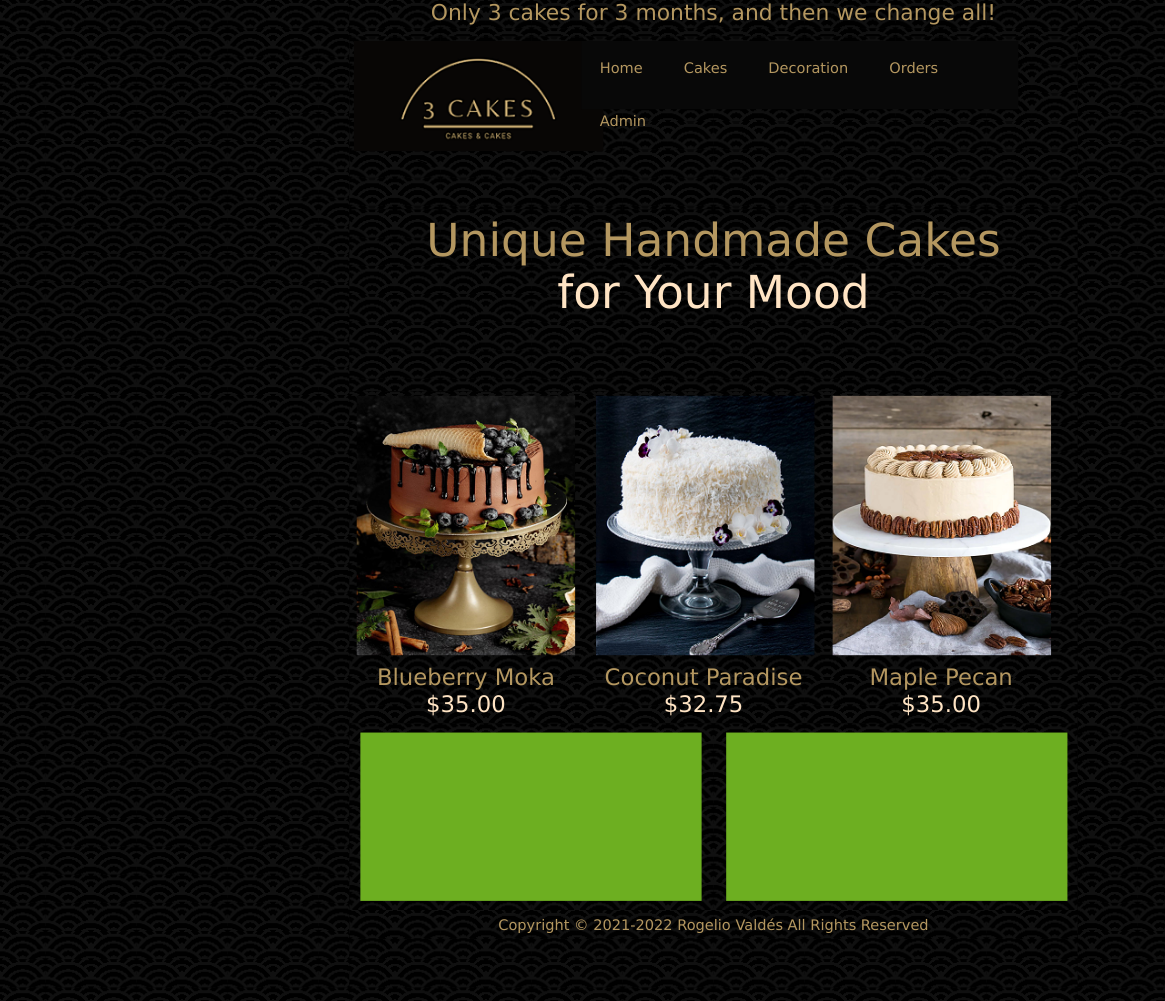
Repository: roge64/htmlfrontend
Page: index.html
The author's editor kept a copy of each file at every save. The page is drawn from the files as they stood at one save, then again after a run of saves.
The browser window is 1280 px wide. The pictures show the whole page, at 91% of full size.

Above is the page before, as saved 2022-03-03 21:17:29.

### index.html
<!DOCTYPE html>
<html lang="en">
<head>
    <meta charset="UTF-8">
    <meta http-equiv="X-UA-Compatible" content="IE=edge">
    <meta name="viewport" content="width=device-width, initial-scale=1.0">
    <title>3 Cakes</title>
    <link rel="stylesheet" href="estilos/estilos.css">
</head>

<section>

    <section id="container">

        <header>
            <p style="color:#b49760"> Only 3 cakes for 3 months, and then we change all! </p>
            <!-- <h1> <a href="index.html"><img src="/img/logob.png" alt="logo.png"></a> </h1> -->
        </header>

        <section id="banner">

            <!-- <h1> <a href="index.html"><img src="/img/logob.png" alt="logo.png"></a> </h1> -->
            <!-- <article> <a href="index.html"><img src="/img/logob.png" alt="logo.png"></a> </article> -->

            <article id="banner1"  <a href="index.html"> <img src="/img/logob.png"  alt="logo.png"></a>></article>
            <article id="banner2">
                <ul class="menu">

                <li><a href="#home"></a>Home</li>
                <li><a href="#cakes"></a>Cakes</li>
                <li><a href="#decor"></a>Decoration</li>
                <li><a href="#order"></a>Orders</li>
                <li><a href="#admin"></a>Admin</li>
            </ul></article>

        </section>

        <section id="noticias">

            <article id="news1">
                <p style="color:#b49760"> Unique Handmade Cakes</p>
                <p style="color: bisque"> for Your Mood</p>
            </article>


        </section>

        <section id="tienda">
            <article id="cake1"> <img src="/img/cake1.png"  alt="logo.png"></article>
            <article id="cake2"> <img src="/img/cake2.png"  alt="logo.png"></article>
            <article id="cake3"> <img src="/img/cake3.png"  alt="logo.png"></article>
        </section>


        <section id="names">
            <article id="name1">
                <p style="color:#b49760"> Blueberry Moka</p>
                <p style="color: bisque"> $35.00</p>
            </article>
            <article id="name2">
                <p style="color:#b49760"> Coconut Paradise</p>
                <p style="color: bisque"> $32.75</p>
            </article>
            <article id="name3">
                <p style="color:#b49760"> Maple Pecan</p>
                <p style="color: bisque"> $35.00</p>
            </article>
        </section>


        <section id="marcas">
            <article id="mark1"></article>
            <article id="mark2"></article>
        </section>

        <footer>
            <p style="color:#b49760"> Copyright &copy; 2021-<script>document.write(new Date().getFullYear())</script> Rogelio Valdés All Rights Reserved</p>
            <article id="footer1"></article>
        </footer>

    </section>

</body>

</html>

### estilos/estilos.css
*{
    border: 0 ;
    margin: 0 ;
    padding: 0;
}

body{
    font-family: Geneva;
    background-color: rgb(0, 0, 0);
    width:40%;
    margin-left:auto;
    margin-right:auto;

    background-color:black;
background-image:
radial-gradient(circle at 100% 150%, black 24%, #101010 24%, #101010 28%, black 28%, black 36%, #101010 36%, #101010 40%, transparent 40%, transparent),
radial-gradient(circle at 0    150%, black 24%, #101010 24%, #101010 28%, black 28%, black 35%, #101010 36%, #101010 40%, transparent 40%, transparent),
radial-gradient(circle at 50%  100%, #101010 10%, black 10%, black 23%, #101010 23%, #101010 30%, black 30%, black 43%, #101010 43%, #101010 50%, black 50%, black 63%, #101010 63%, #101010 71%, transparent 71%, transparent),
radial-gradient(circle at 100% 50%, #101010 5%, black 5%, black 15%, #101010 15%, #101010 20%, black 20%, black 29%, #101010 29%, #101010 34%, black 34%, black 44%, #101010 44%, #101010 49%, transparent 49%, transparent),
radial-gradient(circle at 0    50%, #101010 5%, black 5%, black 15%, #101010 15%, #101010 20%, black 20%, black 29%, #101010 29%, #101010 34%, black 34%, black 44%, #101010 44%, #101010 48%, transparent 49%, transparent);
background-size: 50px 31px;
/*     background-image: url("/img/papyrus-dark.png"); */
}

.menu{
    list-style: none;
    padding: 0;
    background: #080808;
    width: 80%;
    height: 75px;
    max-width: 500px;
    margin: auto;
}

.menu li{
    text-decoration: none;
    color: #b49760;
    padding: 20px;
    display: block;
}

.menu li{
    display: inline-block;
    text-align: right;
}

.menu li:hover{
    background:rgb(41, 23, 3);
}


#container, header, #banner, #noticias, #marcas, footer{
    /* background-color:rgb(255, 255, 255); */
    background-color:black;
background-image:
radial-gradient(circle at 100% 150%, black 24%, #101010 24%, #101010 28%, black 28%, black 36%, #101010 36%, #101010 40%, transparent 40%, transparent),
radial-gradient(circle at 0    150%, black 24%, #101010 24%, #101010 28%, black 28%, black 35%, #101010 36%, #101010 40%, transparent 40%, transparent),
radial-gradient(circle at 50%  100%, #101010 10%, black 10%, black 23%, #101010 23%, #101010 30%, black 30%, black 43%, #101010 43%, #101010 50%, black 50%, black 63%, #101010 63%, #101010 71%, transparent 71%, transparent),
radial-gradient(circle at 100% 50%, #101010 5%, black 5%, black 15%, #101010 15%, #101010 20%, black 20%, black 29%, #101010 29%, #101010 34%, black 34%, black 44%, #101010 44%, #101010 49%, transparent 49%, transparent),
radial-gradient(circle at 0    50%, #101010 5%, black 5%, black 15%, #101010 15%, #101010 20%, black 20%, black 29%, #101010 29%, #101010 34%, black 34%, black 44%, #101010 44%, #101010 48%, transparent 49%, transparent);
background-size: 50px 31px;

    height: 1100px;
    width: 800px;

}

header{
/*     background-color:antiquewhite;
 */
    height: 40px;
    text-align: center;
    font-size: x-large;

}

#banner{
    background-color:#080808;
/*     background-color:rgb(25, 25, 25); */
    width: 600;
    height: 190px;


}


#noticias{
/*     background-color: antiquewhite;
 */
    height: 200px;
}

#tienda #names{
/*     background-color: grey; */
/* background-color:black;
background-image:
radial-gradient(circle at 100% 150%, black 24%, #101010 24%, #101010 28%, black 28%, black 36%, #101010 36%, #101010 40%, transparent 40%, transparent),
radial-gradient(circle at 0    150%, black 24%, #101010 24%, #101010 28%, black 28%, black 35%, #101010 36%, #101010 40%, transparent 40%, transparent),
radial-gradient(circle at 50%  100%, #101010 10%, black 10%, black 23%, #101010 23%, #101010 30%, black 30%, black 43%, #101010 43%, #101010 50%, black 50%, black 63%, #101010 63%, #101010 71%, transparent 71%, transparent),
radial-gradient(circle at 100% 50%, #101010 5%, black 5%, black 15%, #101010 15%, #101010 20%, black 20%, black 29%, #101010 29%, #101010 34%, black 34%, black 44%, #101010 44%, #101010 49%, transparent 49%, transparent),
radial-gradient(circle at 0    50%, #101010 5%, black 5%, black 15%, #101010 15%, #101010 20%, black 20%, black 29%, #101010 29%, #101010 34%, black 34%, black 44%, #101010 44%, #101010 48%, transparent 49%, transparent);
background-size: 50px 31px; */

    height: 300px;
    width: 780px;
    padding-left: 10px;
    padding-right: 10px;
    padding-top: 5px;
    text-align: center;
}

#marcas{
/*     background-color:rgb(58, 41, 18); */
    height: 205px;
}


footer{
    width: 800px;
/*     background-color:rgb(0, 0, 0); */
    text-align: center;
    height: 25px;
    padding-top: 7px;

}

#banner #banner1{
/*     background-color: rgb(180, 134, 73); */
    width: 150px;
    height: 145px;
    float: left;
    text-align: center;
/*     display: inline-block; */
    margin: 5px 5px;
}

#banner #banner2{
/*     background-color: rgb(180, 134, 73); */
    width: 600px;
    height: 145px;
    float: right;
/*     display: inline-block; */
    /* vertical-align: center;  */
    margin: 5px 5px;
}

#noticias #news1{
/*     background-color: rgb(41, 38, 34); */
    font-size: 50px;

    text-align: center;
    width: 790px;
    height: 200px;
    display: inline-block;
    vertical-align: center;
    margin: 5px 5px;

}


#tienda #cake1{
    background: rgb(109, 175, 33);
    width: 240px;
    height: 285px;
    display: inline-block;
    vertical-align: top;
    margin: 5px 8px;
}

#tienda #cake2{
    background: rgb(41, 23, 3);
    width: 240px;
    height: 285px;
    display: inline-block;
    vertical-align: top;
    margin: 5px 10px;
}

#tienda #cake3{
    background: rgb(175, 169, 112);
    width: 240px;
    height: 285px;
    display: inline-block;
    vertical-align: top;
    margin: 5px 5px;
}

#names #name1{
    font-size: 25px;
    text-align: center;
    width: 240px;
    height: 60px;
    display: inline-block;
    vertical-align: top;
    margin: 5px 8px;
}

#names #name2{
    font-size: 25px;
    text-align: center;
    width: 240px;
    height: 60px;
    display: inline-block;
    vertical-align: top;
    margin: 5px 8px;
}

#names #name3{
    font-size: 25px;
    text-align: center;
    width: 240px;
    height: 60px;
    display: inline-block;
    vertical-align: top;
    margin: 5px 8px;
}

#marcas #mark1{
    background: rgb(109, 175, 33);
    width: 375px;
    height: 185px;
    display: inline-block;
    vertical-align: center;
    margin: 10px 12px;
}

#marcas #mark2{
    background: rgb(109, 175, 33);
    width: 375px;
    height: 185px;
    display: inline-block;
    vertical-align: center;
    margin: 10px 10px;
}
/*
#footer #footer1{
    background-color:antiquewhite;
    text-align: center;
    height: 20px;
} */

After the next 3 saves:
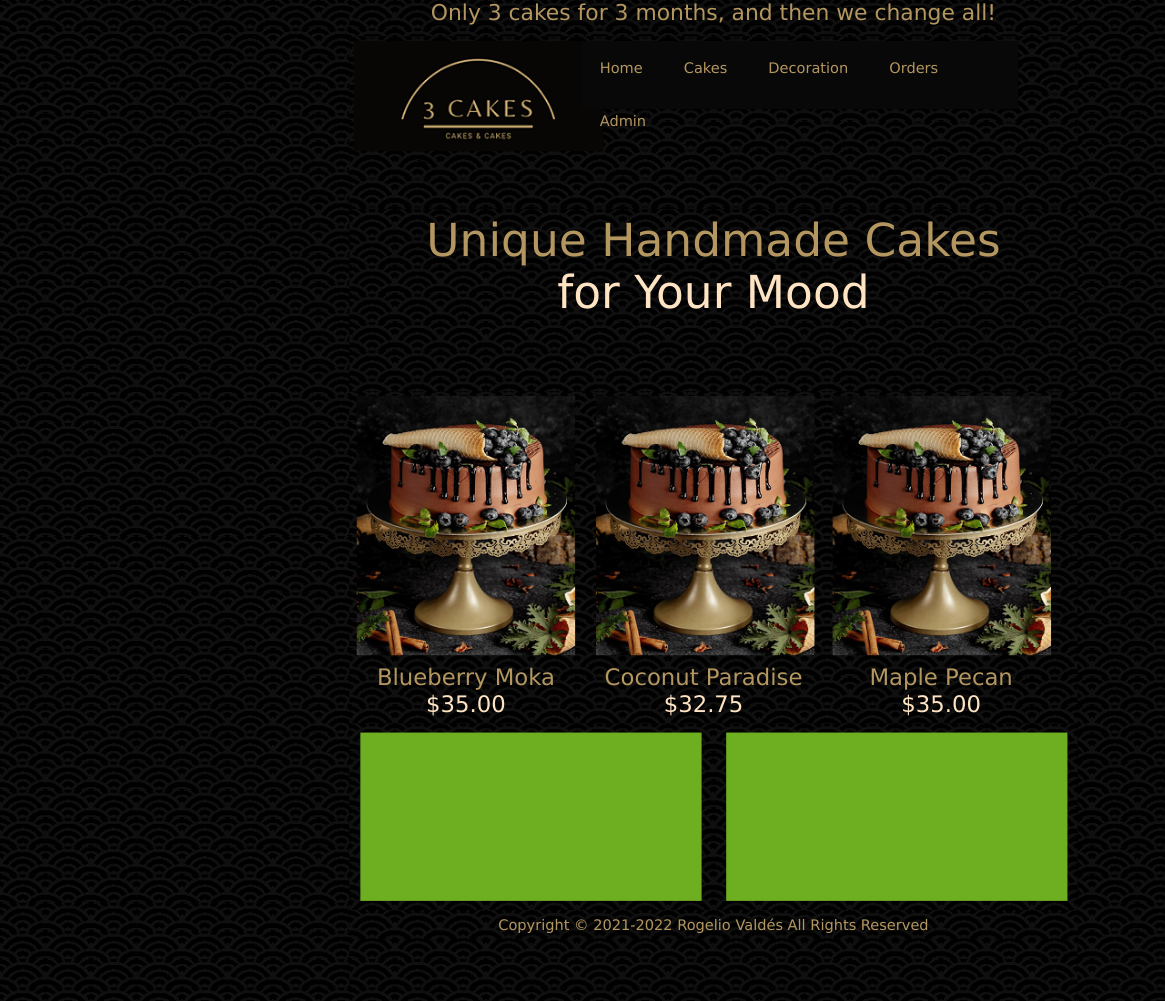
The 3 saves are shown as one change because they came seconds apart.
The last was saved 82 s later.
--- a/index.html
+++ b/index.html
@@ -47,8 +47,8 @@
 
         <section id="tienda">
             <article id="cake1"> <img src="/img/cake1.png"  alt="logo.png"></article>
-            <article id="cake2"> <img src="/img/cake2.png"  alt="logo.png"></article>
-            <article id="cake3"> <img src="/img/cake3.png"  alt="logo.png"></article>
+            <article id="cake2"> <img src="/img/cake1.png"  alt="logo.png"></article>
+            <article id="cake3"> <img src="/img/cake1.png"  alt="logo.png"></article>
         </section>
 
 

After the 2 saves that followed:
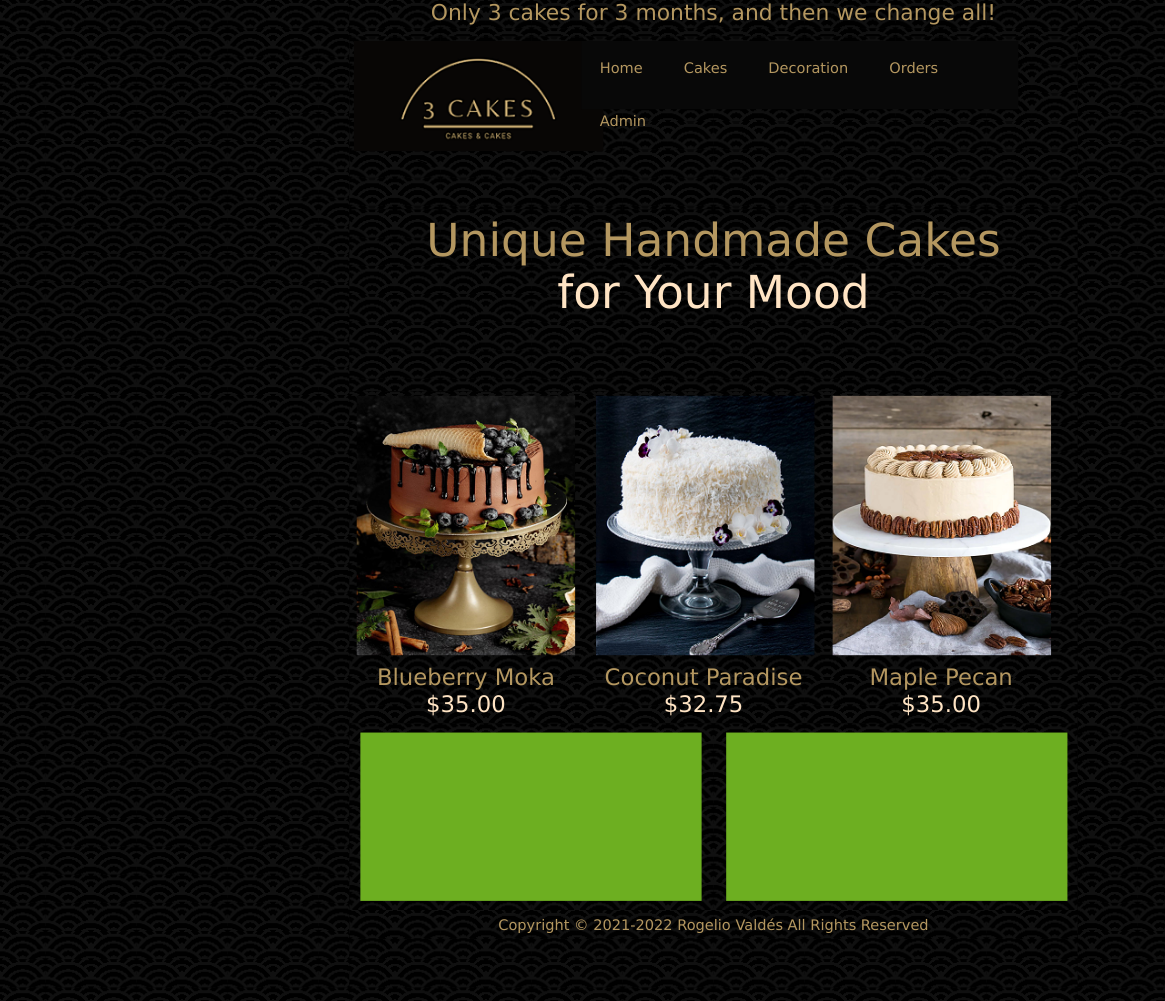
The 2 saves are shown as one change because they came seconds apart.
The last was saved 7 s later.
--- a/index.html
+++ b/index.html
@@ -47,8 +47,8 @@
 
         <section id="tienda">
             <article id="cake1"> <img src="/img/cake1.png"  alt="logo.png"></article>
-            <article id="cake2"> <img src="/img/cake1.png"  alt="logo.png"></article>
-            <article id="cake3"> <img src="/img/cake1.png"  alt="logo.png"></article>
+            <article id="cake2"> <img src="/img/cake2.png"  alt="logo.png"></article>
+            <article id="cake3"> <img src="/img/cake3.png"  alt="logo.png"></article>
         </section>
 
 
